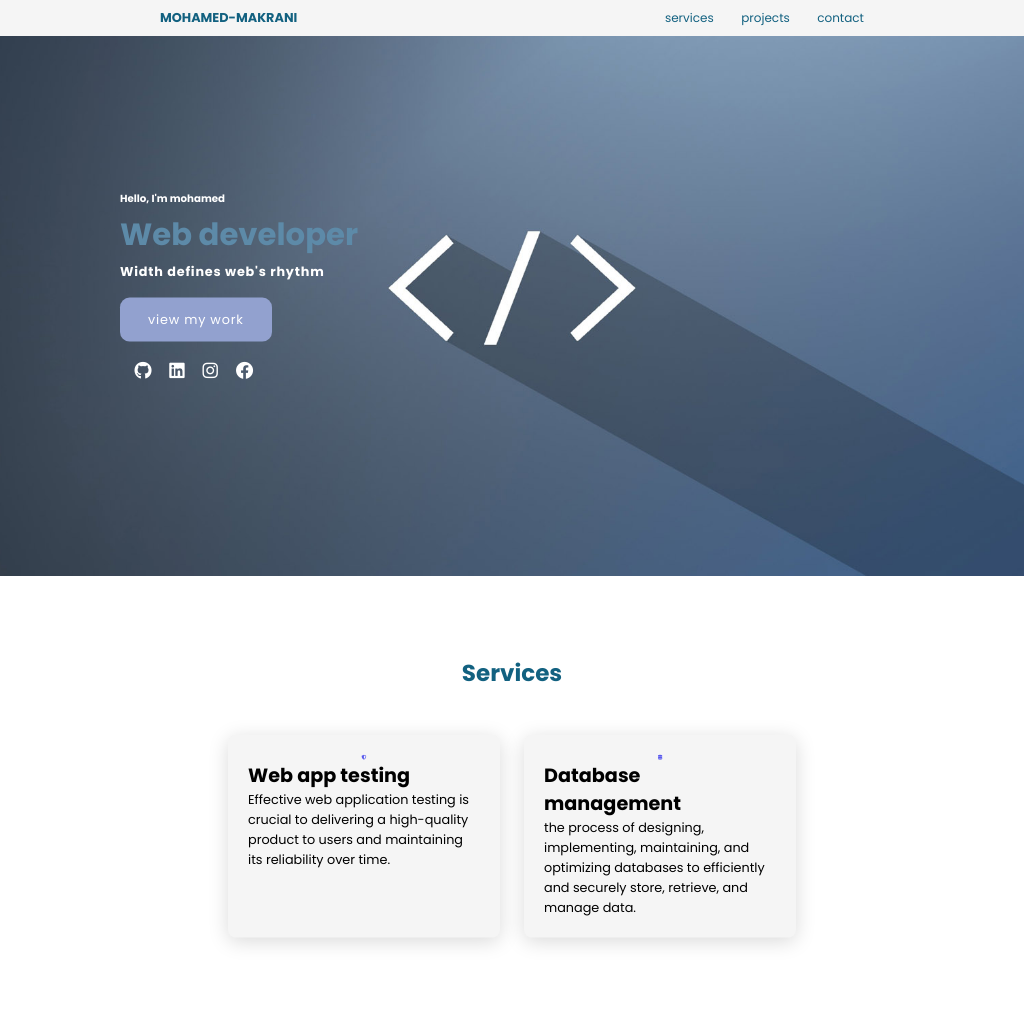
Repository: mohamed-makrani/Portfolio
Page: indixe.html
These files come from the project's save history. The page is drawn as it stood at one moment and after the next save; the edit follows.
The browser window is 1280 px wide. The pictures show the whole page, at 80% of full size.
Backgrounds fixed to the window are drawn as part of the page.

Above is the page before, as saved 2023-09-16 20:19:36.

After the next save:
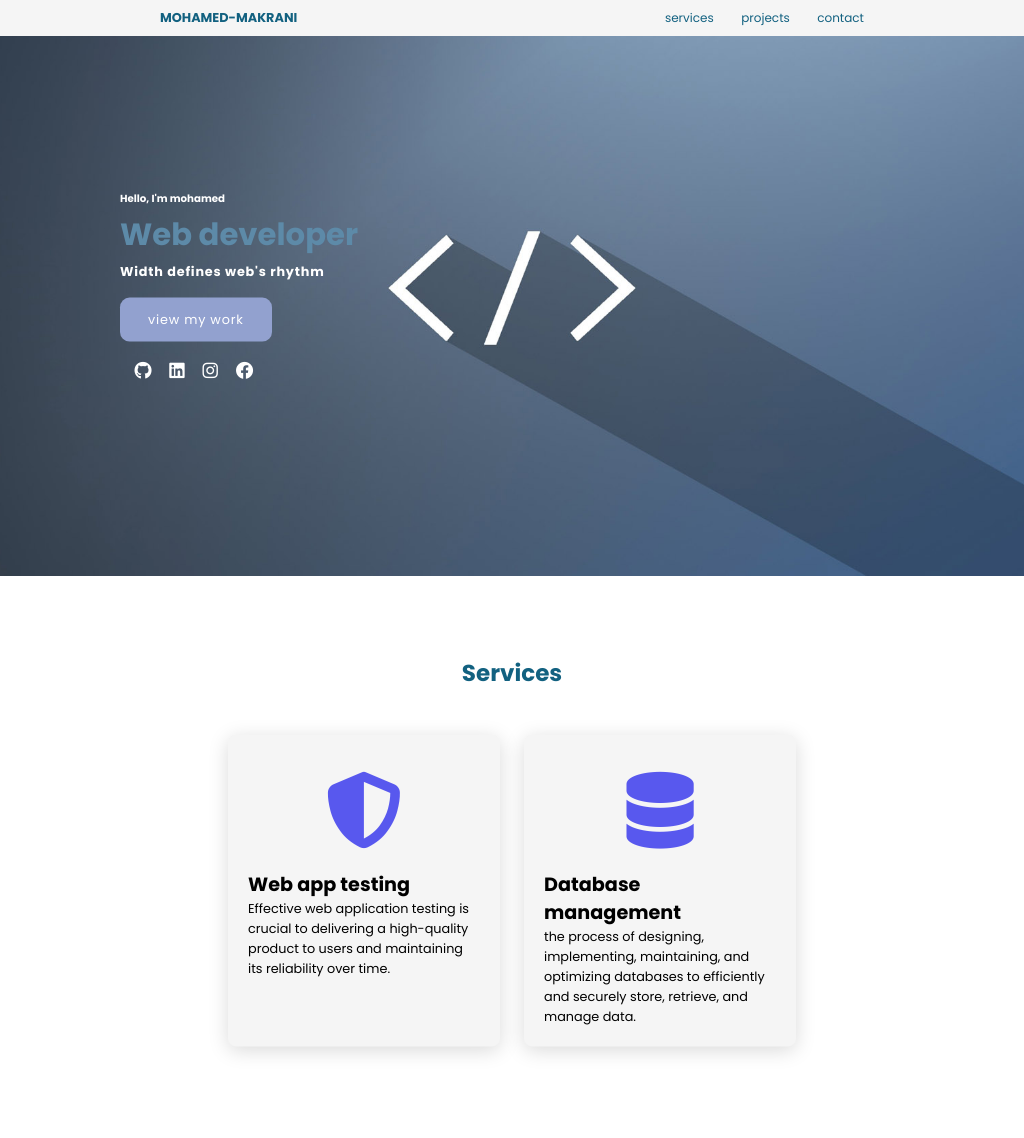
Saved 22 s later.
--- a/style.css
+++ b/style.css
@@ -139,5 +139,5 @@ transition: 0.7s ease;
 .icon {
    color: rgb(88, 88, 238);
    text-align: center;
-   font-size: 6%;
+   font-size: 6em;
 }
